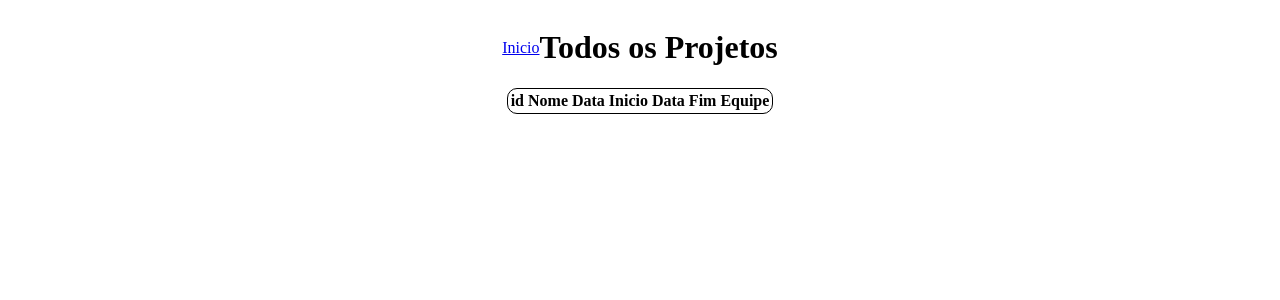
Repository: OmagnetFirel/basico-javaweb
Page: http://localhost/DEVManager/ListarTodosProjetos?np=/listarProjetos.jsp
An editor plug-in stored every save of this project. The page is shown before and after the next save, followed by the edit.
The browser window is 1280 px wide. The pictures show the whole page.
The page is served by Tomcat 9. Queries for data that is not in the repository find no rows.

Above is the page before, as saved 2023-04-23 18:03:54.

After the next save:
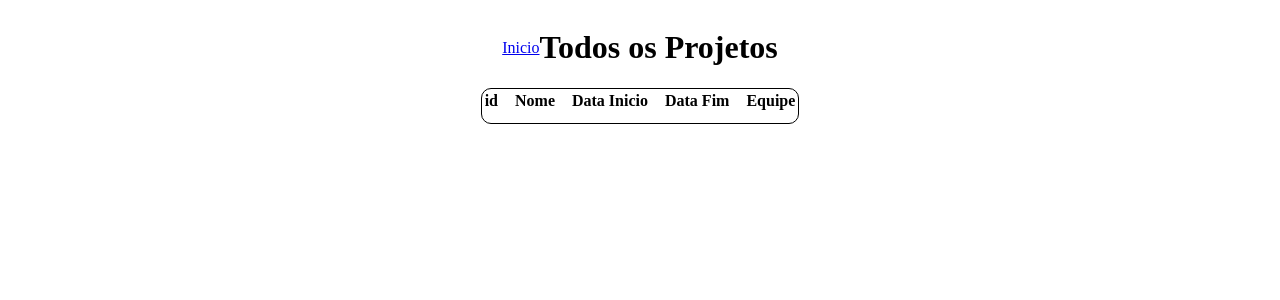
Saved 17 s later.
--- a/DEVManager/src/main/webapp/listarProjetos.jsp
+++ b/DEVManager/src/main/webapp/listarProjetos.jsp
@@ -14,7 +14,7 @@
 	</div>
 
 	<table  style="flex:1; border: 1px solid black; border-radius: 10px;">
-		<tr style="margin-bottom:10px">
+		<tr style="margin-bottom:10px; display:flex; flex-direction:row; column-gap: 15px;">
 			<th>id</th>
 			<th>Nome</th>
 			<th>Data Inicio</th>
